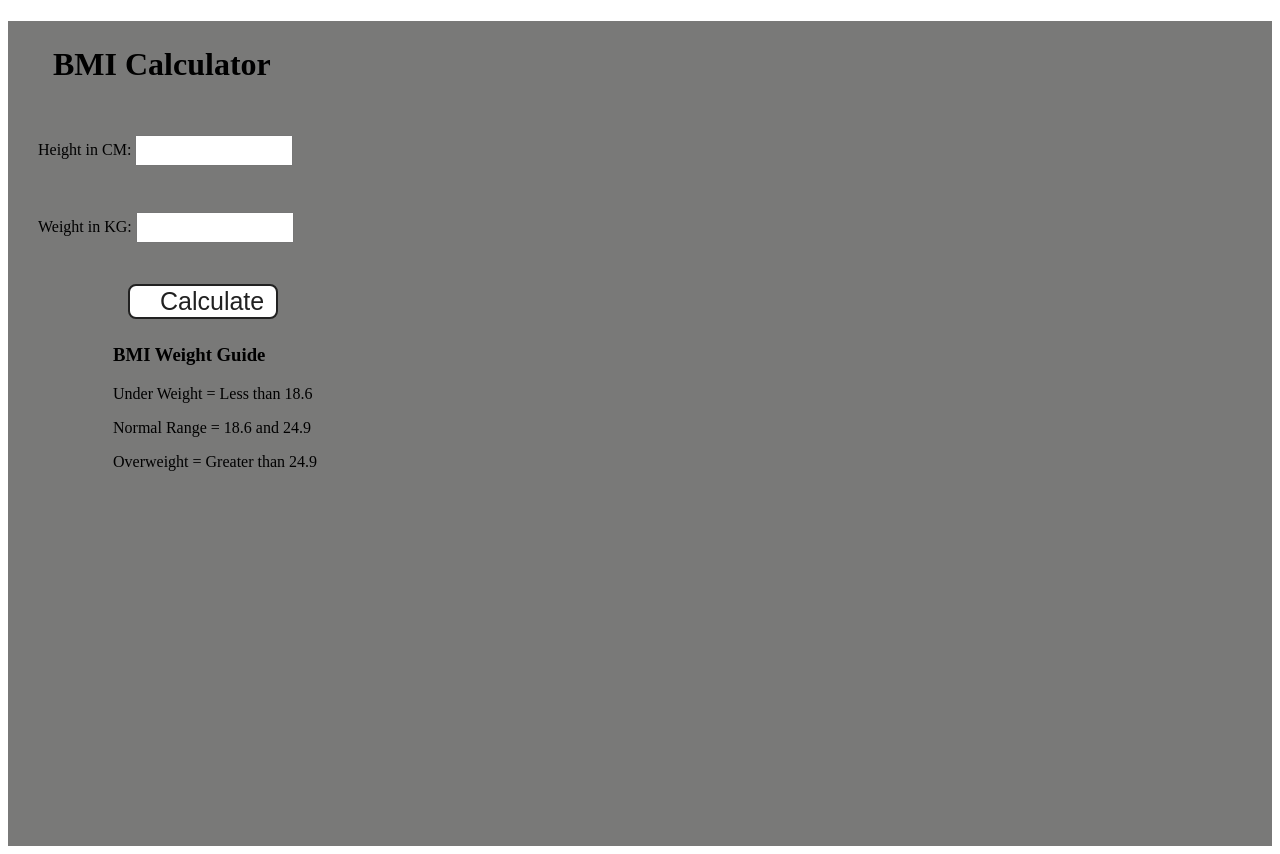
Repository: VishwaGoswami1407/JavaScript-Practice
Page: 07_projects/project2.html
An editor plug-in stored every save of this project. The page is shown before and after the next save, followed by the edit.
The browser window is 1280 px wide. The pictures show the whole page.

Above is the page before, as saved 2024-07-07 18:53:46.

After the next save:
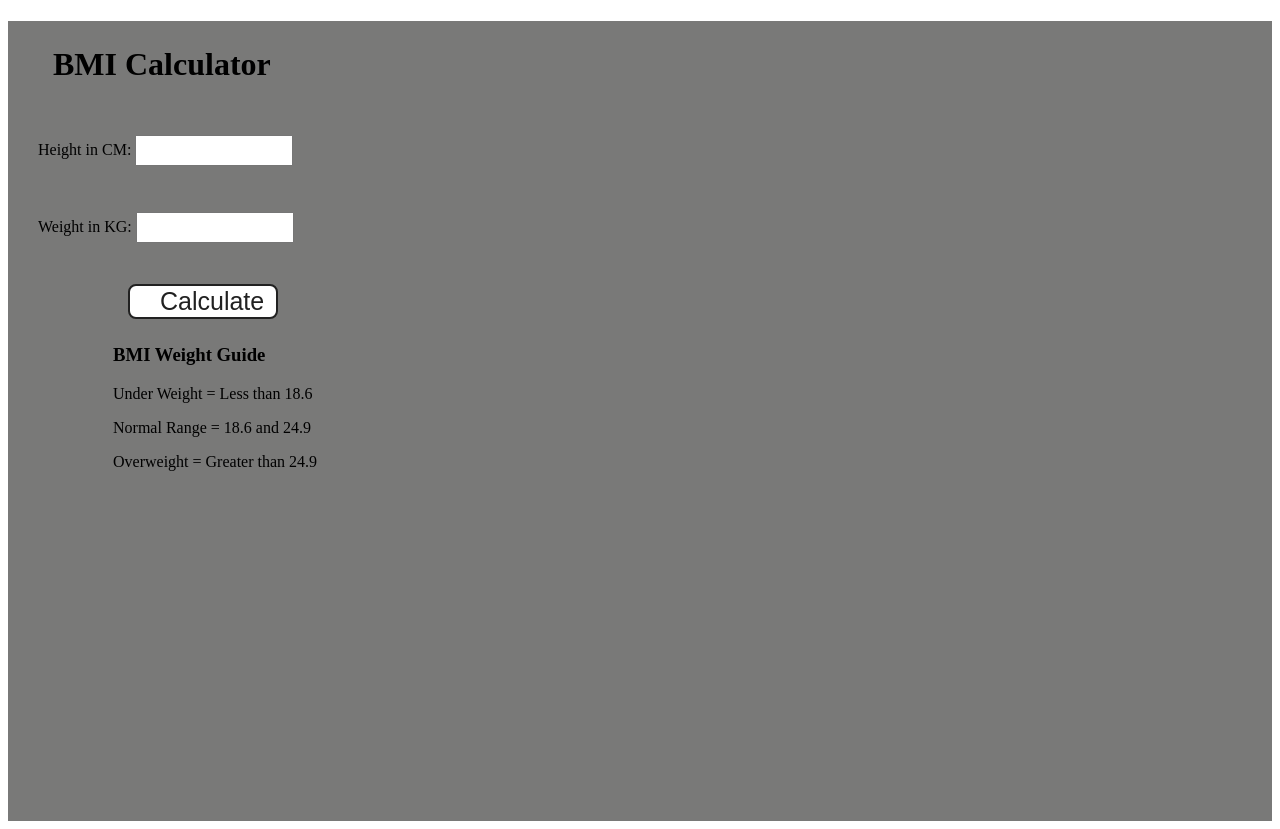
Saved 9 s later.
--- a/07_projects/style2.css
+++ b/07_projects/style2.css
@@ -1,6 +1,6 @@
 .container {
 
-    height: 825px;
+    height: 800px;
 
     background-color: #797978;
     padding-left: 30px;
